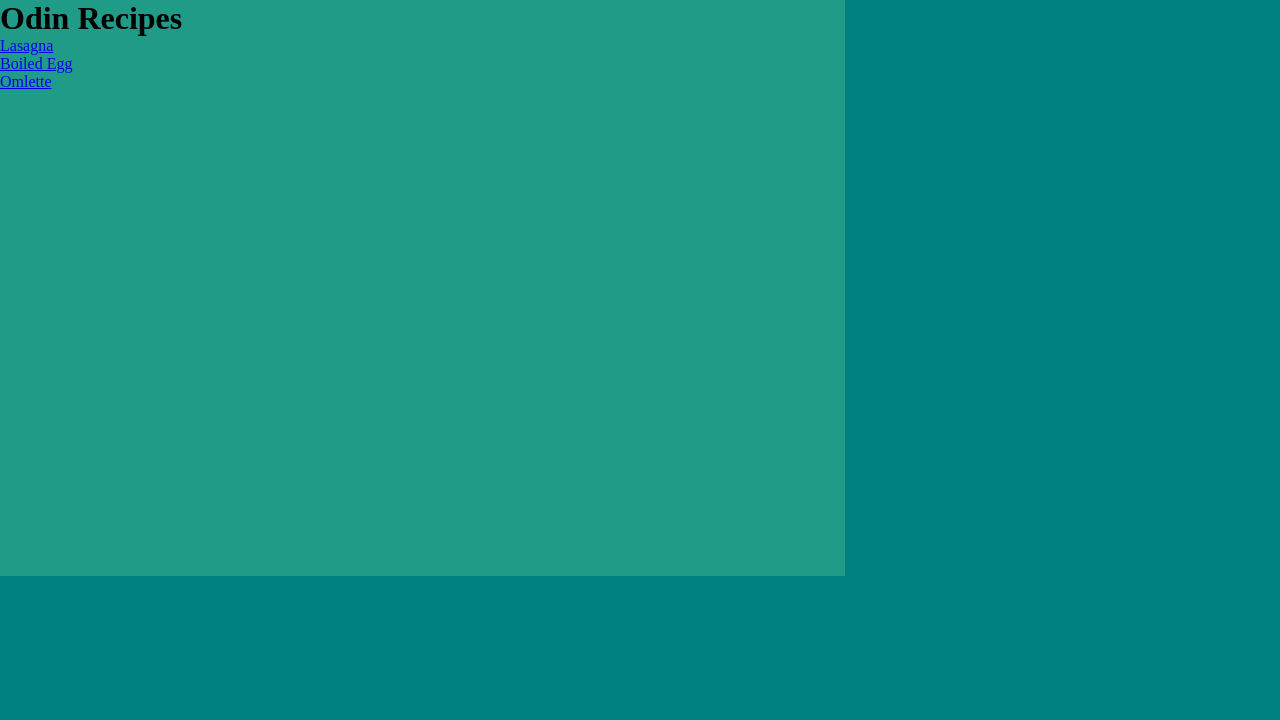
Repository: Pafestivo/odin-recipes
Page: index.html
The author's editor kept a copy of each file at every save. The page is drawn from the files as they stood at one save, then again after the next save.
The browser window is 1280 px wide. The pictures show the whole page.

Above is the page before, as saved 2022-09-24 12:24:24.

After the next save:
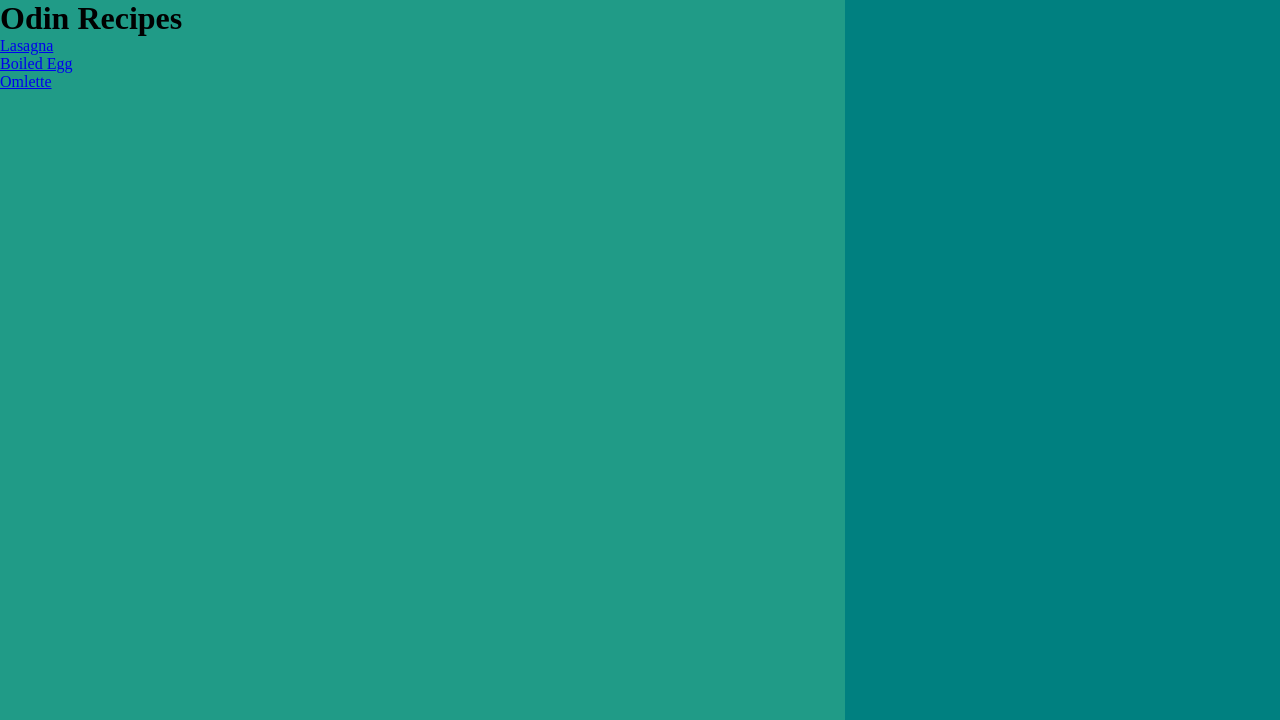
Saved 4 s later.
--- a/css/styles.css
+++ b/css/styles.css
@@ -12,5 +12,5 @@ body {
 .container {
   background-color: #209B87;
   width: 66vw;
-  height: 80vh;
+  height: 100vh;
 }
